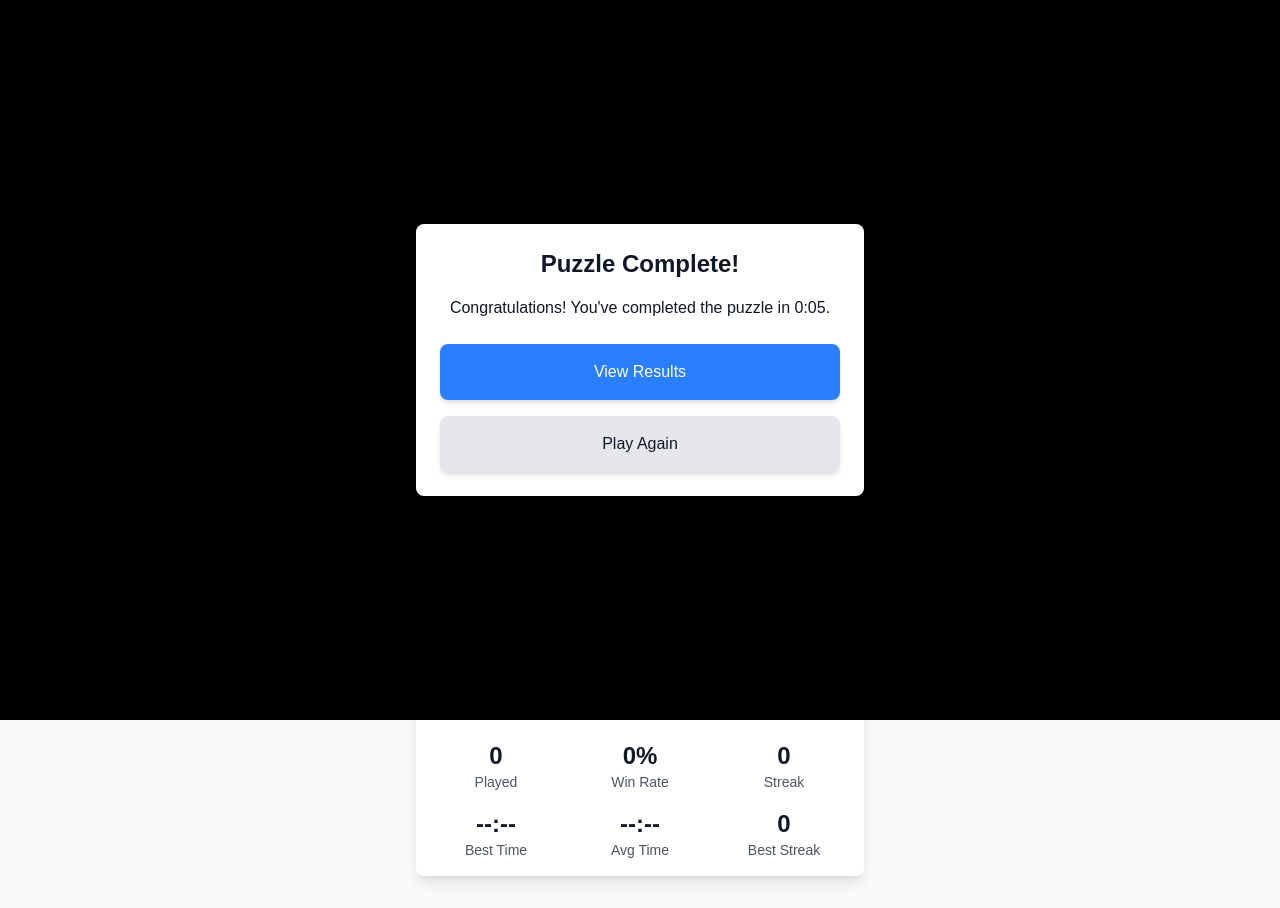
Repository: JavierSilvaF/sudogku
Page: / (app in sudogku-app/)
An editor plug-in stored every save of this project. The page is shown before and after a run of saves, followed by the edit.
The browser window is 1280 px wide. The pictures show the whole page.
The project was rebuilt for these pictures with package versions that can differ from the ones it lists, and the page was loaded fresh each time. The framework's server and built-in components were replaced by stand-ins that run in the browser. Also part of the build but not shown: sudogku-app/next.config.mjs, sudogku-app/next.config.ts, sudogku-app/src/utils/dogImages.tsx.

Above is the page before, as saved 2025-04-06 03:20:33.

### sudogku-app/src/app/page.tsx
'use client'

import { ThemeProvider } from 'next-themes'
import { GameProvider } from '@/context/GameContext'
import Header from '@/components/Header'
import GameBoard from '@/components/GameBoard'
import NumberPad from '@/components/NumberPad'
import Victory from '@/components/Victory'
import Stats from '@/components/Stats'

export default function Home() {
  return (
    <ThemeProvider attribute='class'>
      <GameProvider>
        <div className='min-h-screen bg-gray-50 dark:bg-gray-900 text-gray-900 dark:text-gray-50'>
          <div className='max-w-2xl mx-auto px-4 py-8 pb-32 sm:pb-8'>
            <Header />
            <main className='flex flex-col items-center gap-6'>
              <GameBoard />
              <Stats />
            </main>
          </div>
          <NumberPad />
          <Victory />
        </div>
      </GameProvider>
    </ThemeProvider>
  )
}

### sudogku-app/src/context/GameContext.tsx
import {
  createContext,
  useContext,
  useState,
  useEffect,
  ReactNode,
} from 'react'
import { SudokuGenerator, SudokuSolver } from '@/utils/sudoku'
import { generateDailyPuzzle, getDailyPuzzleSeed } from '@/utils/dailyPuzzle'

type GameMode = 'easy' | 'medium' | 'hard'
type CellValue = number | null
type PencilMarks = Set<number>
export type DisplayMode = 'numbers' | 'dogs'

export interface GameContextType {
  board: (number | null)[][]
  initialBoard: (number | null)[][]
  solution: (number | null)[][]
  pencilMarks: Map<string, Set<number>>
  gameMode: GameMode
  timer: number
  isComplete: boolean
  isPaused: boolean
  isDailyPuzzle: boolean
  displayMode: DisplayMode
  selectedCell: [number, number] | null
  setSelectedCell: (cell: [number, number] | null) => void
  setGameMode: (mode: GameMode) => void
  setCellValue: (row: number, col: number, value: number | null) => void
  togglePencilMark: (row: number, col: number, value: number) => void
  checkSolution: () => boolean
  revealSolution: () => void
  resetGame: () => void
  switchToDaily: () => void
  switchToRandom: () => void
  toggleDisplayMode: () => void
  isPencilMode: boolean
  togglePencilMode: () => void
}

const GameContext = createContext<GameContextType | null>(null)

export function GameProvider({ children }: { children: ReactNode }) {
  const [board, setBoard] = useState<(number | null)[][]>(
    Array(9)
      .fill(null)
      .map(() => Array(9).fill(null))
  )
  const [initialBoard, setInitialBoard] = useState<(number | null)[][]>(
    Array(9)
      .fill(null)
      .map(() => Array(9).fill(null))
  )
  const [solution, setSolution] = useState<(number | null)[][]>(
    Array(9)
      .fill(null)
      .map(() => Array(9).fill(null))
  )
  const [pencilMarks, setPencilMarks] = useState<Map<string, Set<number>>>(
    new Map()
  )
  const [gameMode, setGameMode] = useState<GameMode>('medium')
  const [timer, setTimer] = useState(0)
  const [isComplete, setIsComplete] = useState(false)
  const [isPaused, setIsPaused] = useState(false)
  const [isDailyPuzzle, setIsDailyPuzzle] = useState(false)
  const [selectedCell, setSelectedCell] = useState<[number, number] | null>(
    null
  )
  const [displayMode, setDisplayMode] = useState<DisplayMode>('numbers')
  const [isPencilMode, setIsPencilMode] = useState(false)

  useEffect(() => {
    // Load game state from localStorage
    const savedState = localStorage.getItem('sudogku-game')
    if (savedState) {
      const { board, initialBoard, solution, pencilMarks, gameMode, timer } =
        JSON.parse(savedState)
      setBoard(board)
      setInitialBoard(initialBoard)
      setSolution(solution)
      setPencilMarks(new Map(pencilMarks))
      setGameMode(gameMode)
      setTimer(timer)
    } else {
      generateNewPuzzle(gameMode)
    }
  }, [])

  useEffect(() => {
    let interval: NodeJS.Timeout
    if (!isPaused && !isComplete) {
      interval = setInterval(() => {
        setTimer((prev) => prev + 1)
      }, 1000)
    }
    return () => clearInterval(interval)
  }, [isPaused, isComplete])

  const generateNewPuzzle = (mode: GameMode) => {
    const generator = new SudokuGenerator()
    const { puzzle, solution } = generator.generate(mode)
    setBoard(puzzle)
    setInitialBoard(puzzle)
    setSolution(solution)
    setPencilMarks(new Map())
    setTimer(0)
    setIsComplete(false)
    setIsPaused(false)
  }

  // Check if the puzzle is complete and correct
  const checkPuzzleCompletion = (currentBoard: (number | null)[][]) => {
    // First check if all cells are filled
    if (!SudokuSolver.isSolved(currentBoard)) return false

    // Then check if the solution matches
    for (let row = 0; row < 9; row++) {
      for (let col = 0; col < 9; col++) {
        if (currentBoard[row][col] !== solution[row][col]) {
          return false
        }
      }
    }
    return true
  }

  const setCellValue = (row: number, col: number, value: number | null) => {
    if (initialBoard[row][col] !== null) return

    setBoard((prev) => {
      const newBoard = prev.map((r) => [...r])
      newBoard[row][col] = value

      // Check if puzzle is complete with the new board state
      if (checkPuzzleCompletion(newBoard)) {
        setIsComplete(true)
        updateStats()
      }

      return newBoard
    })

    // Remove pencil marks for this cell
    if (value !== null) {
      setPencilMarks((prev) => {
        const next = new Map(prev)
        next.delete(`${row}-${col}`)
        return next
      })
    }
  }

  const togglePencilMark = (row: number, col: number, value: number) => {
    if (initialBoard[row][col] !== null || board[row][col] !== null) return

    setPencilMarks((prev) => {
      const next = new Map(prev)
      const key = `${row}-${col}`
      const currentMarks = prev.get(key) || new Set()
      if (currentMarks.has(value)) {
        currentMarks.delete(value)
      } else {
        currentMarks.add(value)
      }
      next.set(key, currentMarks)
      return next
    })
  }

  const checkSolution = () => {
    return checkPuzzleCompletion(board)
  }

  const revealSolution = () => {
    setBoard(solution.map((row) => [...row]))
    setIsComplete(true)
    updateStats(false)
  }

  const resetGame = () => {
    setBoard(initialBoard.map((row) => [...row]))
    setPencilMarks(new Map())
    setTimer(0)
    setIsComplete(false)
    setIsPaused(false)
  }

  const updateStats = (won: boolean = true) => {
    const savedStats = localStorage.getItem('sudogku-stats')
    const stats = savedStats
      ? JSON.parse(savedStats)
      : {
          gamesPlayed: 0,
          gamesWon: 0,
          currentStreak: 0,
          bestStreak: 0,
          averageTime: 0,
          bestTime: 0,
        }

    stats.gamesPlayed++
    if (won) {
      stats.gamesWon++
      stats.currentStreak++
      stats.bestStreak = Math.max(stats.bestStreak, stats.currentStreak)
      stats.bestTime =
        stats.bestTime === 0 ? timer : Math.min(stats.bestTime, timer)
      stats.averageTime = Math.round(
        (stats.averageTime * (stats.gamesWon - 1) + timer) / stats.gamesWon
      )
    } else {
      stats.currentStreak = 0
    }

    localStorage.setItem('sudogku-stats', JSON.stringify(stats))
  }

  // Save game state to localStorage whenever it changes
  useEffect(() => {
    localStorage.setItem(
      'sudogku-game',
      JSON.stringify({
        board,
        initialBoard,
        solution,
        pencilMarks: Array.from(pencilMarks.entries()),
        gameMode,
        timer,
      })
    )
  }, [board, initialBoard, solution, pencilMarks, gameMode, timer])

  const switchToDaily = () => {
    const lastPlayedDaily = localStorage.getItem('sudogku-last-daily')
    const currentSeed = getDailyPuzzleSeed()

    if (lastPlayedDaily === currentSeed) {
      // Load saved daily progress
      const savedDaily = localStorage.getItem('sudogku-daily-progress')
      if (savedDaily) {
        const { board, solution } = JSON.parse(savedDaily)
        setBoard(board)
        setSolution(solution)
        setInitialBoard(board)
        return
      }
    }

    // Generate new daily puzzle
    const { puzzle, solution } = generateDailyPuzzle()
    setBoard(puzzle)
    setInitialBoard(puzzle)
    setSolution(solution)
    setPencilMarks(new Map())
    setTimer(0)
    setIsComplete(false)
    setIsPaused(false)
    setIsDailyPuzzle(true)

    localStorage.setItem('sudogku-last-daily', currentSeed)
    localStorage.setItem(
      'sudogku-daily-progress',
      JSON.stringify({ board: puzzle, solution })
    )
  }

  const switchToRandom = () => {
    setIsDailyPuzzle(false)
    generateNewPuzzle(gameMode)
  }

  const toggleDisplayMode = () => {
    setDisplayMode((prev) => (prev === 'numbers' ? 'dogs' : 'numbers'))
  }

  const togglePencilMode = () => {
    setIsPencilMode((prev) => !prev)
  }

  const value: GameContextType = {
    board,
    initialBoard,
    solution,
    pencilMarks,
    gameMode,
    timer,
    isComplete,
    isPaused,
    isDailyPuzzle,
    displayMode,
    selectedCell,
    setSelectedCell,
    setGameMode,
    setCellValue,
    togglePencilMark,
    checkSolution,
    revealSolution,
    resetGame,
    switchToDaily,
    switchToRandom,
    toggleDisplayMode,
    isPencilMode,
    togglePencilMode,
  }

  return <GameContext.Provider value={value}>{children}</GameContext.Provider>
}

export function useGame() {
  const context = useContext(GameContext)
  if (!context) {
    throw new Error('useGame must be used within a GameProvider')
  }
  return context
}

### sudogku-app/src/components/NumberPad.tsx
import { motion } from 'framer-motion'
import { useGame } from '@/context/GameContext'
import { DogImage } from '@/utils/dogImages'

export default function NumberPad() {
  const {
    selectedCell,
    setCellValue,
    togglePencilMark,
    isPencilMode,
    displayMode,
  } = useGame()

  const handleNumberClick = (number: number) => {
    if (!selectedCell) return

    if (isPencilMode) {
      togglePencilMark(selectedCell[0], selectedCell[1], number)
    } else {
      setCellValue(selectedCell[0], selectedCell[1], number)
    }
  }

  const handleErase = () => {
    if (!selectedCell) return
    setCellValue(selectedCell[0], selectedCell[1], null)
  }

  return (
    <div className='fixed bottom-0 left-0 right-0 bg-white dark:bg-gray-800 p-4 shadow-lg sm:hidden'>
      <div className='max-w-md mx-auto'>
        <div className='grid grid-cols-5 gap-2 mb-4'>
          {[1, 2, 3, 4, 5, 6, 7, 8, 9].map((number) => (
            <motion.button
              key={number}
              className='aspect-square w-full flex items-center justify-center bg-gray-100 dark:bg-gray-700 rounded-lg'
              onClick={() => handleNumberClick(number)}
              whileTap={{ scale: 0.95 }}
            >
              {displayMode === 'dogs' ? (
                <div className='w-full h-full flex items-center justify-center'>
                  <DogImage number={number} />
                </div>
              ) : (
                <span className='text-xl font-bold'>{number}</span>
              )}
            </motion.button>
          ))}
        </div>

        <div className='flex justify-center gap-2'>
          <motion.button
            className={`px-4 py-2 rounded-lg flex items-center gap-2 ${
              isPencilMode
                ? 'bg-blue-600 text-white'
                : 'bg-gray-100 dark:bg-gray-700'
            }`}
            onClick={() => {}}
            whileTap={{ scale: 0.95 }}
          >
            <svg
              className='w-5 h-5'
              fill='none'
              stroke='currentColor'
              viewBox='0 0 24 24'
            >
              <path
                strokeLinecap='round'
                strokeLinejoin='round'
                strokeWidth={2}
                d='M15.232 5.232l3.536 3.536m-2.036-5.036a2.5 2.5 0 113.536 3.536L6.5 21.036H3v-3.572L16.732 3.732z'
              />
            </svg>
            Pencil
          </motion.button>
          <motion.button
            className='px-4 py-2 rounded-lg bg-red-500 text-white font-medium flex items-center gap-2'
            onClick={handleErase}
            whileTap={{ scale: 0.95 }}
          >
            <svg
              className='w-5 h-5'
              fill='none'
              stroke='currentColor'
              viewBox='0 0 24 24'
            >
              <path
                strokeLinecap='round'
                strokeLinejoin='round'
                strokeWidth={2}
                d='M19 7l-.867 12.142A2 2 0 0116.138 21H7.862a2 2 0 01-1.995-1.858L5 7m5 4v6m4-6v6m1-10V4a1 1 0 00-1-1h-4a1 1 0 00-1 1v3M4 7h16'
              />
            </svg>
            Erase
          </motion.button>
        </div>
      </div>
    </div>
  )
}

### sudogku-app/src/components/Victory.tsx
import { motion, AnimatePresence } from 'framer-motion'
import { useGame } from '@/context/GameContext'
import { useState } from 'react'
import { DogImage } from '@/utils/dogImages'

export default function Victory() {
  const {
    isComplete,
    timer,
    isDailyPuzzle,
    board,
    solution,
    displayMode,
    resetGame,
    setShowVictory,
  } = useGame()
  const [showResults, setShowResults] = useState(false)

  const formatTime = (seconds: number) => {
    const mins = Math.floor(seconds / 60)
    const secs = seconds % 60
    return `${mins}:${secs.toString().padStart(2, '0')}`
  }

  const handleViewResults = () => {
    setShowResults(true)
    setTimeout(() => {
      setShowVictory(false)
    }, 300)
  }

  const handleCloseResults = () => {
    setShowResults(false)
  }

  return (
    <AnimatePresence>
      {!showResults && (
        <motion.div
          initial={{ opacity: 0 }}
          animate={{ opacity: 1 }}
          exit={{ opacity: 0 }}
          className='fixed inset-0 bg-black bg-opacity-50 flex items-center justify-center z-50 p-4'
        >
          <motion.div
            initial={{ scale: 0.9, opacity: 0 }}
            animate={{ scale: 1, opacity: 1 }}
            exit={{ scale: 0.9, opacity: 0 }}
            className='bg-white dark:bg-gray-800 rounded-lg p-6 max-w-md w-full shadow-xl'
          >
            <h2 className='text-2xl font-bold text-center mb-4'>
              Puzzle Complete!
            </h2>
            <p className='text-center mb-6'>
              Congratulations! You've completed the puzzle in{' '}
              {formatTime(timer)}.
            </p>

            <div className='flex flex-col gap-4'>
              <motion.button
                className='w-full p-4 bg-blue-500 text-white rounded-lg shadow-md'
                onClick={handleViewResults}
                whileTap={{ scale: 0.95 }}
              >
                View Results
              </motion.button>
              <motion.button
                className='w-full p-4 bg-gray-200 dark:bg-gray-700 rounded-lg shadow-md'
                onClick={resetGame}
                whileTap={{ scale: 0.95 }}
              >
                Play Again
              </motion.button>
            </div>
          </motion.div>
        </motion.div>
      )}
    </AnimatePresence>
  )
}

### sudogku-app/src/components/Stats.tsx
import { useState, useEffect } from 'react'
import { motion } from 'framer-motion'

interface Statistics {
  gamesPlayed: number
  gamesWon: number
  currentStreak: number
  bestStreak: number
  averageTime: number
  bestTime: number
}

export default function Stats() {
  const [stats, setStats] = useState<Statistics>({
    gamesPlayed: 0,
    gamesWon: 0,
    currentStreak: 0,
    bestStreak: 0,
    averageTime: 0,
    bestTime: 0,
  })

  useEffect(() => {
    // Load stats from localStorage
    const savedStats = localStorage.getItem('sudogku-stats')
    if (savedStats) {
      setStats(JSON.parse(savedStats))
    }
  }, [])

  const formatTime = (seconds: number) => {
    if (seconds === 0) return '--:--'
    const mins = Math.floor(seconds / 60)
    const secs = seconds % 60
    return `${mins.toString().padStart(2, '0')}:${secs
      .toString()
      .padStart(2, '0')}`
  }

  return (
    <motion.div
      initial={{ opacity: 0 }}
      animate={{ opacity: 1 }}
      className='w-full max-w-md bg-white dark:bg-gray-800 rounded-lg p-4 shadow-lg'
    >
      <h2 className='text-lg font-bold mb-4'>Statistics</h2>
      <div className='grid grid-cols-2 sm:grid-cols-3 gap-4'>
        <div className='text-center'>
          <div className='text-2xl font-bold'>{stats.gamesPlayed}</div>
          <div className='text-sm text-gray-600 dark:text-gray-400'>Played</div>
        </div>
        <div className='text-center'>
          <div className='text-2xl font-bold'>
            {stats.gamesPlayed
              ? Math.round((stats.gamesWon / stats.gamesPlayed) * 100)
              : 0}
            %
          </div>
          <div className='text-sm text-gray-600 dark:text-gray-400'>
            Win Rate
          </div>
        </div>
        <div className='text-center'>
          <div className='text-2xl font-bold'>{stats.currentStreak}</div>
          <div className='text-sm text-gray-600 dark:text-gray-400'>Streak</div>
        </div>
        <div className='text-center'>
          <div className='text-2xl font-bold'>{formatTime(stats.bestTime)}</div>
          <div className='text-sm text-gray-600 dark:text-gray-400'>
            Best Time
          </div>
        </div>
        <div className='text-center'>
          <div className='text-2xl font-bold'>
            {formatTime(stats.averageTime)}
          </div>
          <div className='text-sm text-gray-600 dark:text-gray-400'>
            Avg Time
          </div>
        </div>
        <div className='text-center'>
          <div className='text-2xl font-bold'>{stats.bestStreak}</div>
          <div className='text-sm text-gray-600 dark:text-gray-400'>
            Best Streak
          </div>
        </div>
      </div>
    </motion.div>
  )
}

### sudogku-app/src/utils/dailyPuzzle.ts
import { SudokuGenerator, Grid } from './sudoku';
import seedrandom from 'seedrandom';

export function getDailyPuzzleSeed() {
  const now = new Date();
  const year = now.getUTCFullYear();
  const month = now.getUTCMonth();
  const day = now.getUTCDate();
  return `${year}-${month}-${day}`;
}

export function generateDailyPuzzle(): { puzzle: Grid, solution: Grid } {
  const seed = getDailyPuzzleSeed();
  const generator = new SudokuGenerator();

  // Use the seed to generate a deterministic puzzle
  const seedNumber = Array.from(seed).reduce((acc, char) => acc + char.charCodeAt(0), 0);
  seedrandom(seedNumber.toString());

  return generator.generate('medium');
}

Loaded but not shown: sudogku-app/src/app/layout.tsx (common file); sudogku-app/src/app/globals.css (common file); sudogku-app/src/components/GameBoard.tsx (206 lines, source omitted); sudogku-app/src/components/Header.tsx (185 lines, source omitted); sudogku-app/src/utils/sudoku.ts (138 lines, source omitted)

After the next 4 saves:
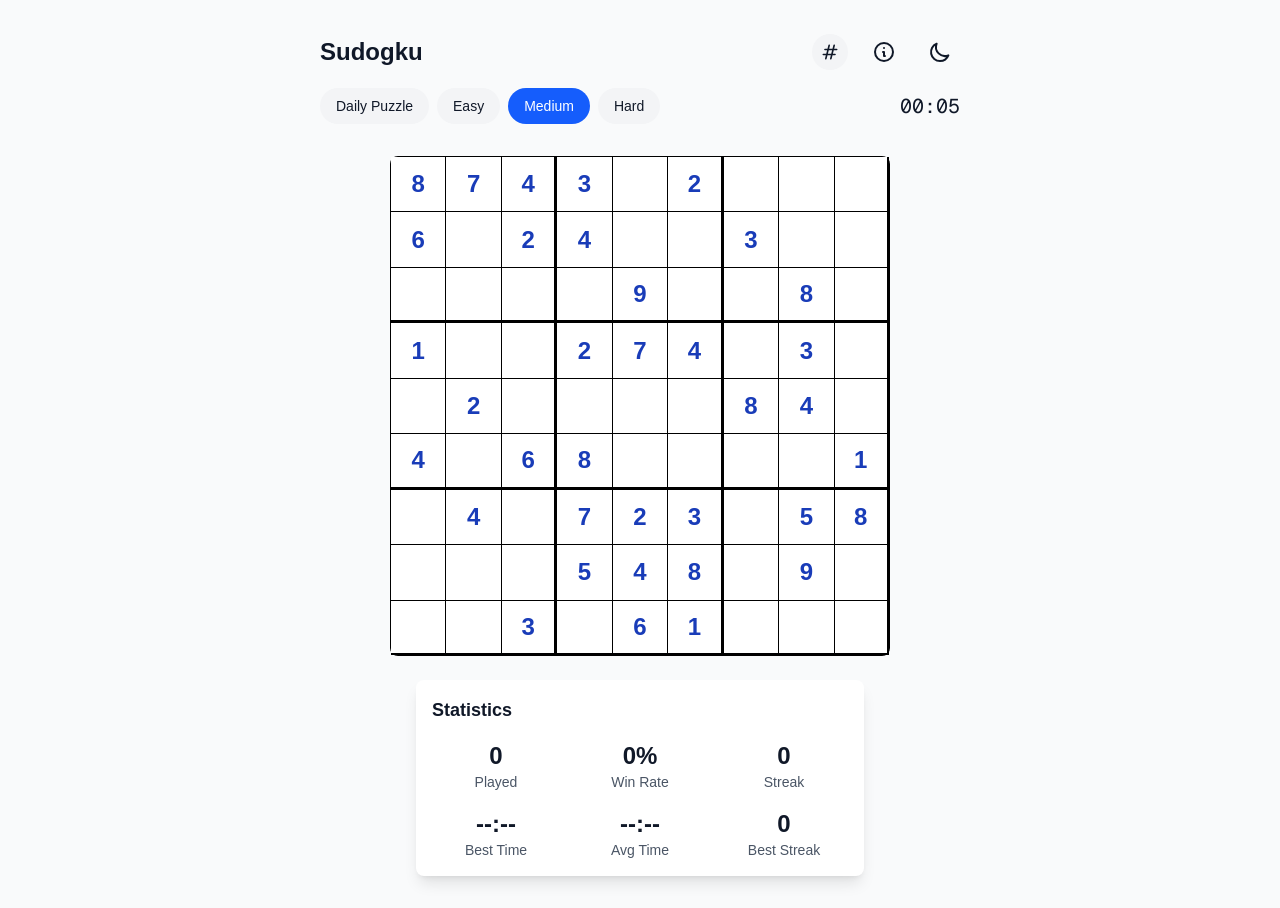
The 4 saves are shown as one change because 3 did not build or start.
The last was saved 108 s later.
--- a/sudogku-app/src/context/GameContext.tsx
+++ b/sudogku-app/src/context/GameContext.tsx
@@ -12,6 +12,12 @@ type GameMode = 'easy' | 'medium' | 'hard'
 type CellValue = number | null
 type PencilMarks = Set<number>
 export type DisplayMode = 'numbers' | 'dogs'
+
+export interface GameStats {
+  completedPuzzles: number
+  totalTime: number
+  averageTime: number
+}
 
 export interface GameContextType {
   board: (number | null)[][]
@@ -37,6 +43,9 @@ export interface GameContextType {
   toggleDisplayMode: () => void
   isPencilMode: boolean
   togglePencilMode: () => void
+  showVictory: boolean
+  stats: GameStats
+  setShowVictory: (show: boolean) => void
 }
 
 const GameContext = createContext<GameContextType | null>(null)
@@ -70,6 +79,12 @@ export function GameProvider({ children }: { children: ReactNode }) {
   )
   const [displayMode, setDisplayMode] = useState<DisplayMode>('numbers')
   const [isPencilMode, setIsPencilMode] = useState(false)
+  const [showVictory, setShowVictory] = useState(false)
+  const [stats, setStats] = useState<GameStats>({
+    completedPuzzles: 0,
+    totalTime: 0,
+    averageTime: 0,
+  })
 
   useEffect(() => {
     // Load game state from localStorage
@@ -136,6 +151,7 @@ export function GameProvider({ children }: { children: ReactNode }) {
       // Check if puzzle is complete with the new board state
       if (checkPuzzleCompletion(newBoard)) {
         setIsComplete(true)
+        setShowVictory(true)
         updateStats()
       }
 
@@ -303,6 +319,9 @@ export function GameProvider({ children }: { children: ReactNode }) {
     toggleDisplayMode,
     isPencilMode,
     togglePencilMode,
+    showVictory,
+    stats,
+    setShowVictory,
   }
 
   return <GameContext.Provider value={value}>{children}</GameContext.Provider>
--- a/sudogku-app/src/components/Victory.tsx
+++ b/sudogku-app/src/components/Victory.tsx
@@ -5,22 +5,15 @@ import { DogImage } from '@/utils/dogImages'
 
 export default function Victory() {
   const {
-    isComplete,
-    timer,
-    isDailyPuzzle,
     board,
     solution,
     displayMode,
+    timer,
     resetGame,
+    showVictory,
     setShowVictory,
   } = useGame()
   const [showResults, setShowResults] = useState(false)
-
-  const formatTime = (seconds: number) => {
-    const mins = Math.floor(seconds / 60)
-    const secs = seconds % 60
-    return `${mins}:${secs.toString().padStart(2, '0')}`
-  }
 
   const handleViewResults = () => {
     setShowResults(true)
@@ -29,13 +22,15 @@ export default function Victory() {
     }, 300)
   }
 
-  const handleCloseResults = () => {
-    setShowResults(false)
+  const formatTime = (seconds: number) => {
+    const mins = Math.floor(seconds / 60)
+    const secs = seconds % 60
+    return `${mins}:${secs.toString().padStart(2, '0')}`
   }
 
   return (
     <AnimatePresence>
-      {!showResults && (
+      {showVictory && !showResults && (
         <motion.div
           initial={{ opacity: 0 }}
           animate={{ opacity: 1 }}
